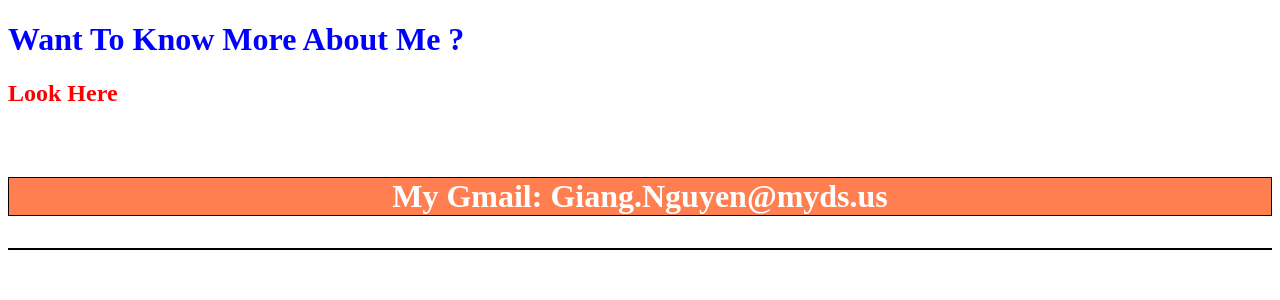
Repository: GiangNguyen2805/GiangNguyen2805.github.io
Page: contactme.html
The author's editor kept a record of every edit. The page is drawn from the files as they stood at one moment, then again after the next edit.
The browser window is 1280 px wide. The pictures show the whole page.

Above is the page before.

After the next edit:
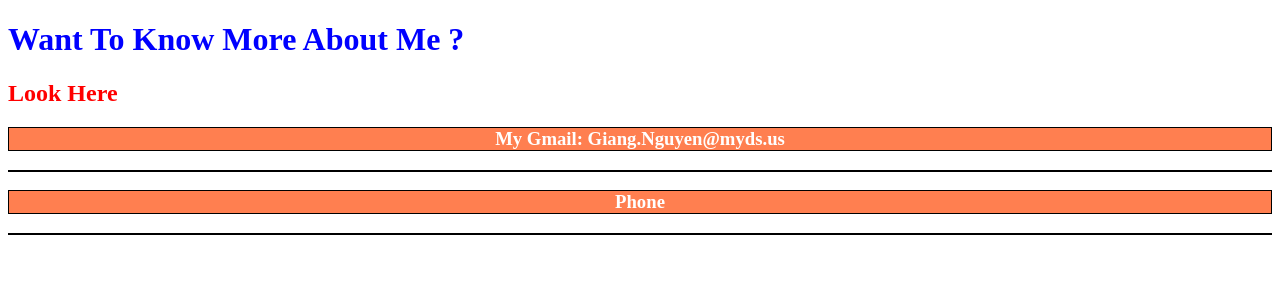
The edit:
--- a/contactme.html
+++ b/contactme.html
@@ -15,5 +15,6 @@
  <h1 style="color:blue;"> Want To Know More About Me ?</h1>
  <h2 style="color:red;"> Look Here</h2>
 
- <br>
- <h1 style="text-align:center;"><p>My Gmail: Giang.Nguyen@myds.us</h1></p>
+
+ <h3 style="text-align:center;"><p>My Gmail: Giang.Nguyen@myds.us</h3></p>
+ <h3 style="text-align:center;"><p>Phone</h3></p>
